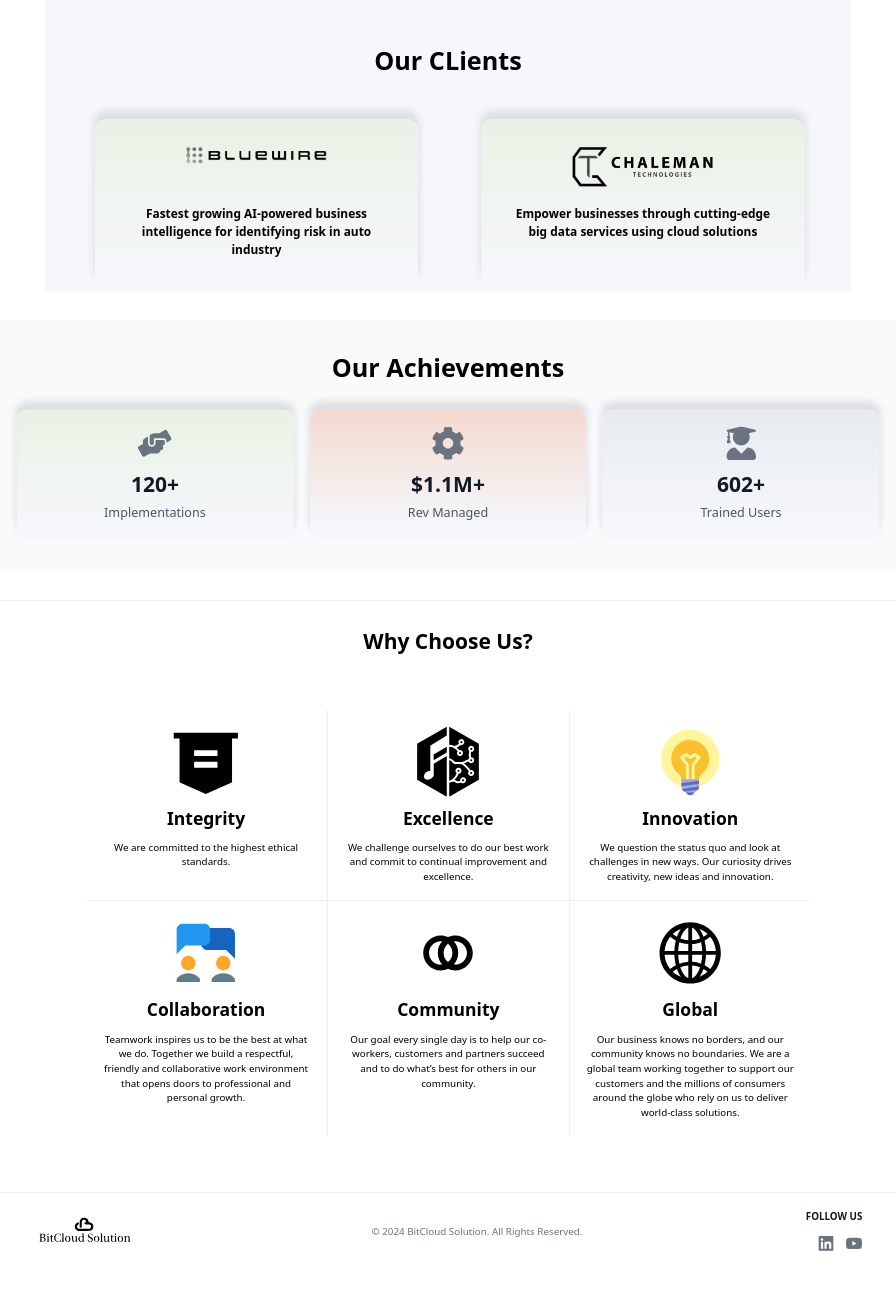
Repository: huzaifaBitCloud/BitCloud-website
Page: /
The author's editor kept a copy of each file at every save. The page is drawn from the files as they stood at one save, then again after the next save.
The browser window is 1280 px wide. The pictures show the part of the page from y = 846 to 2766 px (the page is 2698 px tall before and 2766 px after), at 70% of full size.
The project was rebuilt for these pictures with package versions that can differ from the ones it lists, and the page was loaded fresh each time. The framework's server and built-in components were replaced by stand-ins that run in the browser. Also part of the build but not shown: next.config.mjs.

Above is the page before, as saved 2025-01-13 17:21:03.

### src/app/page.tsx
import Layout from "@/components/Layout";
// import Hero from "@/components/Hero";
import OurClients from "@/components/OurClients";
import WhyUs from "@/components/WhyUs";
import Footer from "@/components/Footer";
import { ImageCarousel } from "@/components/ImageCarousel";
import Achievements from "@/components/Achievements";

export default function Home() {
  return (
    <Layout>
      <div className="">
        {/* <Hero
          imageUrl="https://static.zohocdn.com/sites/stock-images/images/zpstock-image-37.jpg"
        /> */}
        <ImageCarousel />
      </div>
      <div className="mt-10">
        <OurClients />
      </div>
      <div className="mt-10">
        <Achievements />
      </div>
      <div className="my-10 border-t">
        <WhyUs />
      </div>

      <div className="mt-10 mb-10">
        <Footer />
      </div>
    </Layout>
  );
}

### src/app/globals.css
@tailwind base;
@tailwind components;
@tailwind utilities;

.custom-cards-ourClient {
  box-shadow: 0px -10px 10px 2px rgba(221, 223, 226, 1);
  border-radius: 15px;
  background: linear-gradient(180deg, #e9f2e4 0%, #f5f7fa 90%);
}
.custom-card-2-achievements {
  box-shadow: 0px -10px 10px 2px rgba(221, 223, 226, 1);
  border-radius: 15px;
  background: linear-gradient(180deg, #f4d9d0 0%, #f5f7fa 90%);
}
.custom-card-3-achievements {
  box-shadow: 0px -10px 10px 2px rgba(221, 223, 226, 1);
  border-radius: 15px;
  background: linear-gradient(180deg, #e7ebf0, #f5f7fa 90%);
}

:root {
  /* --color-primary: #e9f2e4;
    --color-secondary: #f5f7fa;
*/
  --h-100vh: 100vh;
}

/* ABout CSS */

.btn-about {
  display: inline-block;
  margin: 0 0.625rem;
  padding: 0.3125rem 1.25rem;
  border-radius: 1.25rem;
  background: transparent;
  border: solid 0.0625rem #fff;
  position: relative;
  z-index: 9;
}
.main-hero-about {
  clip-path: polygon(
    50% 0%,
    100% 0,
    100% 35%,
    100% 86%,
    49% 100%,
    0 85%,
    0% 35%,
    0 0
  );
}

/* Services */

.zoomIn {
  -webkit-animation-name: zoomIn;
  animation-name: zoomIn;
  -webkit-animation-duration: 1s;
  animation-duration: 1s;
  -webkit-animation-fill-mode: both;
  animation-fill-mode: both;
}
@-webkit-keyframes zoomIn {
  0% {
    opacity: 0;
    -webkit-transform: scale3d(0.3, 0.3, 0.3);
    transform: scale3d(0.3, 0.3, 0.3);
  }
  50% {
    opacity: 1;
  }
}
@keyframes zoomIn {
  0% {
    opacity: 0;
    -webkit-transform: scale3d(0.3, 0.3, 0.3);
    transform: scale3d(0.3, 0.3, 0.3);
  }
  50% {
    opacity: 1;
  }
}

.card-services {
  border-top: 10px solid transparent;
  transition: border-top-color 0.4s, box-shadow 0.4s;
}

.card-services:hover {
  border-top-color: #2563eb;
  box-shadow: 0px 0px 5px rgba(0, 0, 0, 0.75);
}


@media only screen and (max-width: 760px) {
  .main-hero-about {
    clip-path: polygon(
      50% 0%,
      100% 0,
      100% 35%,
      100% 92%,
      49% 100%,
      0 92%,
      0% 35%,
      0 0
    );
  }
  .main-hero-about {
    height: var(--h-100vh) !important;
  }
  .sub-hero-about {
    text-align: center !important;
    margin: 0 auto !important;
  }
  .mob-btn-about {
    justify-content: center;
  }
  .mob-nav-style{
    position: absolute;
    top: 76%;
    left: 0;
  }
}

### src/components/Layout.tsx
import React from "react";
import { Navbar } from "./Navbar";
// import Footer from "./Footer";

const Layout = ({children}: any) => {
  return (
    <div>
      <Navbar />
      <div className="">{children}</div>
      {/* <Footer /> */}
    </div>
  );
};

export default Layout;

### src/components/OurClients.tsx
import React from "react";

const OurClients = () => {
  const services = [
    {
      id: 1,
      description:
        "Fastest growing AI-powered business intelligence for identifying risk in auto industry",
      icon: "./images/Bluewire-Logo.png", // Use the actual icon component
    },
    {
      id: 2,
      description:
        "Empower businesses through cutting-edge big data services using cloud solutions",
      icon: "./images/chaleman.png",
    },
  ];

  return (
    <section id="services" className="xs:w-full sm:w-full lg:w-[90%] mx-auto my-5 bg-[#f5f7fa] px-4 py-2">
      {/* HEADER AND IMAGE SECTION */}
      <div className="mt-16">
        <div>
          <p className="font-playfair font-semibold text-4xl mb-5 text-center">
            Our <span className="text-yellow">CLients</span>
          </p>
        </div>
      </div>

      {/* SERVICES */}
      <div className="grid grid-cols-1 md:grid-cols-2 justify-around  mt-16 gap-10 md:ml-14">
        {services.map((service) => (
          <div
            key={service.id}
            className="relative text-center p-10 xs:w-full sm:w-full lg:w-[90%] custom-cards-ourClient"
          >
            <div className="z-10">
              <div className="w-full flex justify-center ">
                <div className="w-[200px] h-[70px]">
                  <img
                    src={service.icon}
                    alt="client-img"
                    className="object-contain"
                  />
                </div>
              </div>
              <p className="font-playfair font-semibold text-[17px] flex justify-center mt-3">
                {service.description}
              </p>
            </div>
          </div>
        ))}
      </div>
    </section>
  );
};

export default OurClients;

### src/components/WhyUs.tsx
import React from "react";
import { FcCollaboration } from "react-icons/fc";
import { CgCommunity } from "react-icons/cg";
import { AiOutlineGlobal } from "react-icons/ai";
import { FcIdea } from "react-icons/fc";
import { SiMusicbrainz } from "react-icons/si";
import { RiHonourFill } from "react-icons/ri";

const WhyUs = () => {
  const services = [
    {
      id: 1,
      name: "Integrity",
      description: "We are committed to the highest ethical standards.",
      icon: <RiHonourFill size={100} />,
    },
    {
      id: 2,
      name: "Excellence",
      description:
        "We challenge ourselves to do our best work and commit to continual improvement and excellence.",
      icon: <SiMusicbrainz size={100} />,
    },
    {
      id: 3,
      name: "Innovation",
      description:
        "We question the status quo and look at challenges in new ways. Our curiosity drives creativity, new ideas and innovation.",
      icon: <FcIdea size={100} />,
    },
    {
      id: 4,
      name: "Collaboration",
      description:
        "Teamwork inspires us to be the best at what we do. Together we build a respectful, friendly and collaborative work environment that opens doors to professional and personal growth.",
      icon: <FcCollaboration size={100} />,
    },
    {
      id: 5,
      name: "Community",
      description:
        "Our goal every single day is to help our co-workers, customers and partners succeed and to do what’s best for others in our community.",
      icon: <CgCommunity size={100} />,
    },
    {
      id: 6,
      name: "Global",
      description:
        "Our business knows no borders, and our community knows no boundaries. We are a global team working together to support our customers and the millions of consumers around the globe who rely on us to deliver world-class solutions.",
      icon: <AiOutlineGlobal size={100} />,
    },
  ];
  return (
    <div className="w-[90%] mx-auto">
         <h2 className="text-3xl font-bold text-center mt-10 mb-5">Why Choose Us?</h2>
      <div className="w-[90%] mx-auto mt-20 mb-20">
        <div className="grid grid-cols-1 md:grid-cols-2 lg:grid-cols-3">
          {services.map((service, index) => (
            <div
              key={service.id}
              className={`relative bg-white text-center ${
                index >= 0
                  ? index == 0 || index == 3
                    ? index == 3
                      ? ""
                      : "border-b"
                    : index > 3
                    ? "border-l"
                    : "border-l border-b"
                  : ""
              } hover:border-red p-6`}
            >
              <div className="z-10">
                <div className="w-full flex justify-center">{service.icon}</div>

                <h3 className="font-playfair font-semibold text-[25px] mt-3">
                  {service.name}
                </h3>
                <p className="font-playfair text-[14px] flex justify-center mt-3">
                  {service.description}
                </p>
              </div>
            </div>
          ))}
        </div>
      </div>
    </div>
  );
};

export default WhyUs;

### src/components/ImageCarousel.tsx
"use client"

import React from 'react';
import { Galleria } from 'primereact/galleria';
import "../components/styling/ImageCarousel.css"


const images = [
  {
    itemImageSrc: "/images/contact-image.jpeg",
    title: 'Welcome to BitCloud Solutions!',
    alt: 'Image 1',
  },
  {
    itemImageSrc: "/images/web-developer.jpg",
    title: 'Welcome to BitCloud Solutions!',
    alt: 'Image 2'
  },
  {
    itemImageSrc: "/images/image1.jpg",
    title: 'Welcome to BitCloud Solutions!',
    alt: 'Image 3'
  }
];

const itemTemplate = (item) => {
  return (
    <div className="image-container" style={{ width: '100%', textAlign: 'center' }}>
      <img src={item.itemImageSrc} alt={item.alt} style={{ width: '100%', display: 'block' }} />

      <div key={`${item.itemImageSrc}-heading`} className="carousel-text-heading">
        {item.title}
      </div>
      <div key={`${item.itemImageSrc}-paragraph`} className="carousel-text-paragraph">
       We Provide all Zoho services like Zoho CRM, Zoho Books, Zoho Projects and many more!!!
      </div>
    </div>
  );
}

export const ImageCarousel = () => {
  return (
    <div className="card" style={{ width: '100%', height: '100%', margin: '0 auto', position: "relative" }}>
      <Galleria
        value={images}
        numVisible={5}
        circular
        responsiveOptions={[
          {
            breakpoint: '1024px',
            numVisible: 3
          },
          {
            breakpoint: '768px',
            numVisible: 2
          },
          {
            breakpoint: '560px',
            numVisible: 1
          }
        ]}
        showThumbnails={false}
        showIndicators
        // showItemNavigators
        item={itemTemplate}
        autoPlay={true}
        transitionOptions={{ easing: 'ease-in-out', duration: 1000 }}
      />
    </div>
  );
}

### src/components/Achievements.tsx
import { FaHandsHelping, FaCog, FaUserGraduate } from "react-icons/fa";

const Achievements = () => {
  return (
    <section className="bg-gray-50 py-12">
  <div className="container mx-auto px-6">
    {/* Title */}
    <h2 className="text-4xl font-bold text-center text-black mb-10">
      Our Achievements
    </h2>

    {/* Achievements Grid */}
    <div className="grid grid-cols-1 md:grid-cols-3 gap-6">
      {/* Card 1 */}
      <div className="bg-gradient-to-r from-green-50 to-green-100 p-6 rounded-xl shadow-lg text-center transform transition duration-700 hover:-translate-y-3 custom-cards-ourClient"> {/* Reduced padding and rounded the corners */}
        <div className="flex justify-center items-center mb-4"> {/* Reduced margin-bottom */}
          <FaHandsHelping className="w-12 h-12 text-gray-500" /> {/* Reduced icon size */}
        </div>
        <h3 className="text-3xl font-bold text-gray-900">120+</h3> {/* Reduced font size */}
        <p className="text-gray-600 mt-2 text-lg">Implementations</p> {/* Reduced margin-top */}
      </div>

      {/* Card 2 */}
      <div className="bg-gradient-to-r from-red-50 to-red-100 p-6 rounded-xl shadow-lg text-center transform transition duration-700 hover:-translate-y-3 custom-card-2-achievements"> {/* Reduced padding and rounded the corners */}
        <div className="flex justify-center items-center mb-4"> {/* Reduced margin-bottom */}
          <FaCog className="w-12 h-12 text-gray-500" /> {/* Reduced icon size */}
        </div>
        <h3 className="text-3xl font-bold text-gray-900">$1.1M+</h3> {/* Reduced font size */}
        <p className="text-gray-600 mt-2 text-lg">Rev Managed</p> {/* Reduced margin-top */}
      </div>

      {/* Card 3 */}
      <div className="bg-gradient-to-r from-gray-50 to-gray-100 p-6 rounded-xl shadow-lg text-center transform transition duration-700 hover:-translate-y-3 custom-card-3-achievements"> {/* Reduced padding and rounded the corners */}
        <div className="flex justify-center items-center mb-4"> {/* Reduced margin-bottom */}
          <FaUserGraduate className="w-12 h-12 text-gray-500" /> {/* Reduced icon size */}
        </div>
        <h3 className="text-3xl font-bold text-gray-900">602+</h3> {/* Reduced font size */}
        <p className="text-gray-600 mt-2 text-lg">Trained Users</p> {/* Reduced margin-top */}
      </div>
    </div>
  </div>
</section>

    // <section className="bg-gray-50 py-12">
    //   <div className="container mx-auto px-6">
    //     {/* Title */}
    //     {/* <div className="mt-16">
    //       <div>
    //         <p className="font-playfair font-semibold text-4xl mb-5 text-center">
    //           Our <span className="text-yellow">Achievements</span>
    //         </p>
    //       </div>
    //     </div> */}
    //     <h2 className="text-4xl font-bold text-center text-black mb-10">
    //       Our Achievements
    //     </h2>

    //     {/* Achievements Grid */}
    //     <div className="grid grid-cols-1 md:grid-cols-3 gap-6">
    //       {/* Card 1 */}
    //       <div className="bg-gradient-to-r from-green-50 to-green-100 p-8 rounded-2xl shadow-lg text-center transform transition duration-700 hover:-translate-y-6 custom-cards-ourClient">
    //         <div className="flex justify-center items-center mb-6">
    //           <FaHandsHelping className="w-14 h-14 text-gray-500" />
    //         </div>
    //         <h3 className="text-4xl font-bold text-gray-900">120+</h3>
    //         <p className="text-gray-600 mt-4 text-lg">Implementations</p>
    //       </div>

    //       {/* Card 2 */}
    //       <div className="bg-gradient-to-r from-red-50 to-red-100 p-8 rounded-2xl shadow-lg text-center transform transition duration-700 hover:-translate-y-3 custom-card-2-achievements">
    //         <div className="flex justify-center items-center mb-6">
    //           <FaCog className="w-14 h-14 text-gray-500" />
    //         </div>
    //         <h3 className="text-4xl font-bold text-gray-900">$1.1M+</h3>
    //         <p className="text-gray-600 mt-4 text-lg">Rev Managed</p>
    //       </div>

    //       {/* Card 3 */}
    //       <div className="bg-gradient-to-r from-gray-50 to-gray-100 p-8 rounded-2xl shadow-lg text-center transform transition duration-700 hover:-translate-y-3 custom-card-3-achievements">
    //         <div className="flex justify-center items-center mb-6">
    //           <FaUserGraduate className="w-14 h-14 text-gray-500" />
    //         </div>
    //         <h3 className="text-4xl font-bold text-gray-900">602+</h3>
    //         <p className="text-gray-600 mt-4 text-lg">Trained Users</p>
    //       </div>
    //     </div>
    //   </div>
    // </section>
  );
};

export default Achievements;

### src/components/styling/ImageCarousel.css

img {
    max-height: 45rem;
    object-fit: cover;
  }

  .p-galleria-item-next.p-galleria-item-nav.p-link,
  .p-galleria-item-prev.p-galleria-item-nav.p-link {
    transform: translateY(-45%);
    background-color: #34291b;
    border-radius: 24px;
    width: 2.5rem;
    height: 2.5rem;
  }

  .p-galleria-item-prev.p-galleria-item-nav.p-link {
    z-index: 1;
    margin-left: 1.5rem;
  }

  .p-galleria-item-next.p-galleria-item-nav.p-link {
    margin-right: 1.5rem;
  }

  .p-galleria-item-prev.p-galleria-item-nav.p-link:hover,
  .p-galleria-item-next.p-galleria-item-nav.p-link:hover {
    background-color: #252728;
  }

  .p-icon.p-galleria-item-prev-icon,
  .p-icon.p-galleria-item-next-icon {
    color: white;
    width: 18px;
    height: 18px;
    stroke: white;
    stroke-width: 2;
  }

  .carousel-text-heading {
    width: 50%;
    position: absolute;
    top: 55%;
    left: 50%;
    transform: translate(-50%, -50%);
    color: white;
    border-radius: 10px;
    font-size: 3.2rem;
    font-weight: bold;
    text-align: center;
    animation: slideFromY 1s ease-in-out forwards;
  }

  .carousel-text-paragraph {
    width: 50%;
    position: absolute;
    top: 73%;
    left: 50%;
    transform: translate(-50%, -50%);
    color: white;
    border-radius: 10px;
    font-size: 1rem;
    text-align: center;
    animation: slideFromY 1.5s ease-in-out forwards;
  }
  @keyframes slideFromY {
    0% {
      opacity: 0;
      transform: translate(-100%, -50%);
    }
    100% {
      opacity: 1;
      transform: translate(-50%, -50%);
    }
  }

  @media (max-width: 1024px) and (min-width: 769px) {
    .carousel-text-heading {
      width: 65%;
      font-size: 2.5rem;
    }

    .carousel-text-paragraph {
      width: 60%;
      font-size: 0.9rem;
    }
  }

  @media (max-width: 768px) and (min-width: 561px) {
    .carousel-text-heading {
      font-size: 1.5rem;
      width: 65%;
    }

    .carousel-text-paragraph {
      font-size: 0.6rem;
      width: 60%;
    }
  }

  @media (max-width: 560px) {
    .carousel-text-heading {
      font-size: 1rem;
      width: 65%;
    }

    .carousel-text-paragraph {
      font-size: 0.5rem;
      width: 60%;
    }
  }
  ul.p-galleria-indicators.p-reset {
    position: absolute;
    bottom: 0;
    left: 50%;
    transform: translateX(-50%);
}
  .p-galleria-indicators .p-galleria-indicator button {
    width: 40px;
    height: 15px;
    background-color: white; /* Non-active indicators */
    border-radius: 5px;
    margin: 0 4px;
    transition: background-color 0.3s ease;
    position: relative;
}

.p-galleria-indicators .p-galleria-indicator.p-highlight button {
    background-color: #add8e6;
}

.p-galleria-indicators .p-galleria-indicator button:hover {
    background-color: #ffffff;
}

Loaded but not shown: src/app/layout.tsx (common file); tailwind.config.ts (common file); src/components/Navbar.tsx (127 lines, source omitted); src/components/Footer.tsx (127 lines, source omitted)

After the next save:
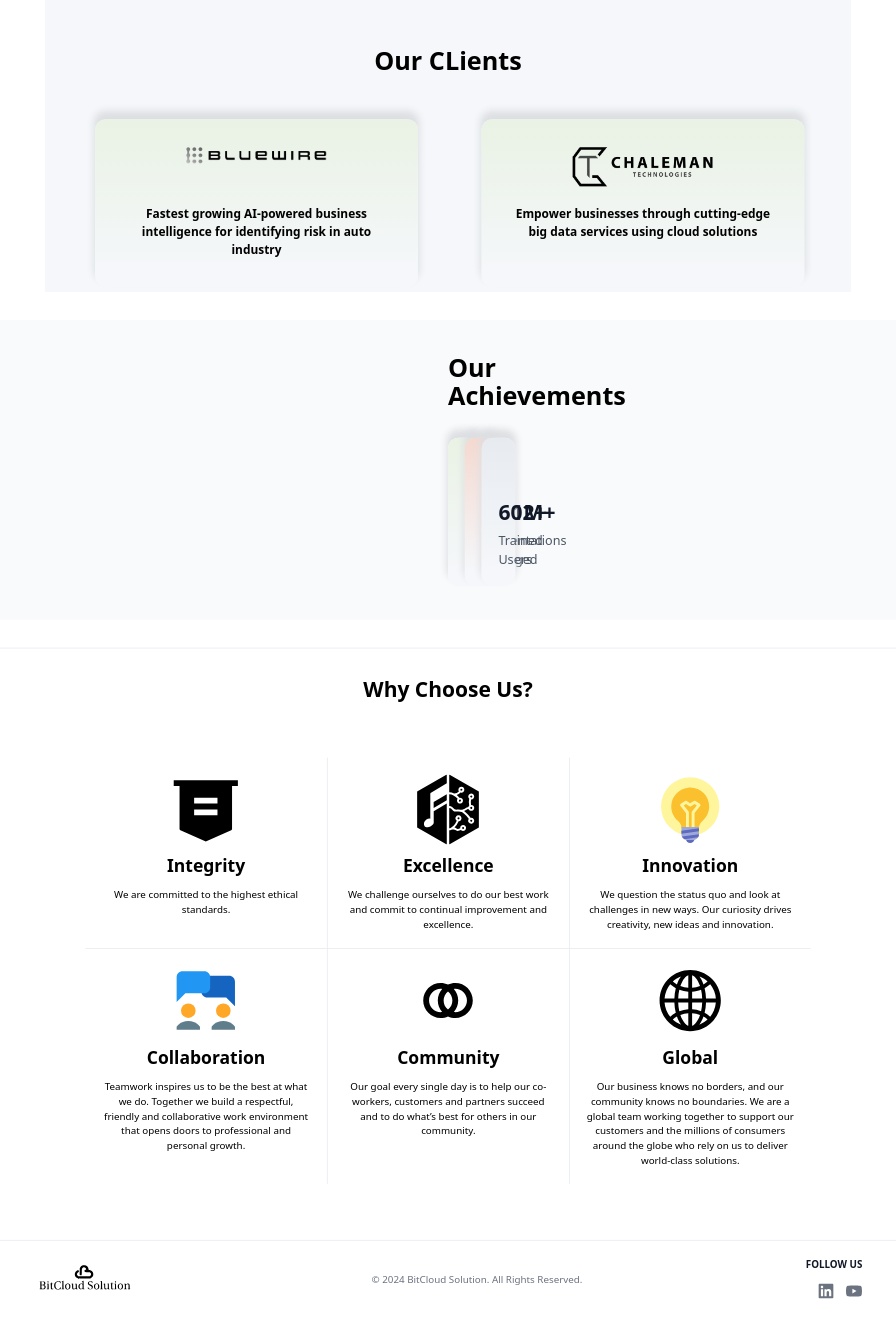
Saved 39 s later.
--- a/src/components/Achievements.tsx
+++ b/src/components/Achievements.tsx
@@ -3,7 +3,7 @@
 const Achievements = () => {
   return (
     <section className="bg-gray-50 py-12">
-  <div className="container mx-auto px-6">
+  <div className="container mx-auto px-6 max-w-5">
     {/* Title */}
     <h2 className="text-4xl font-bold text-center text-black mb-10">
       Our Achievements

After the save that followed:
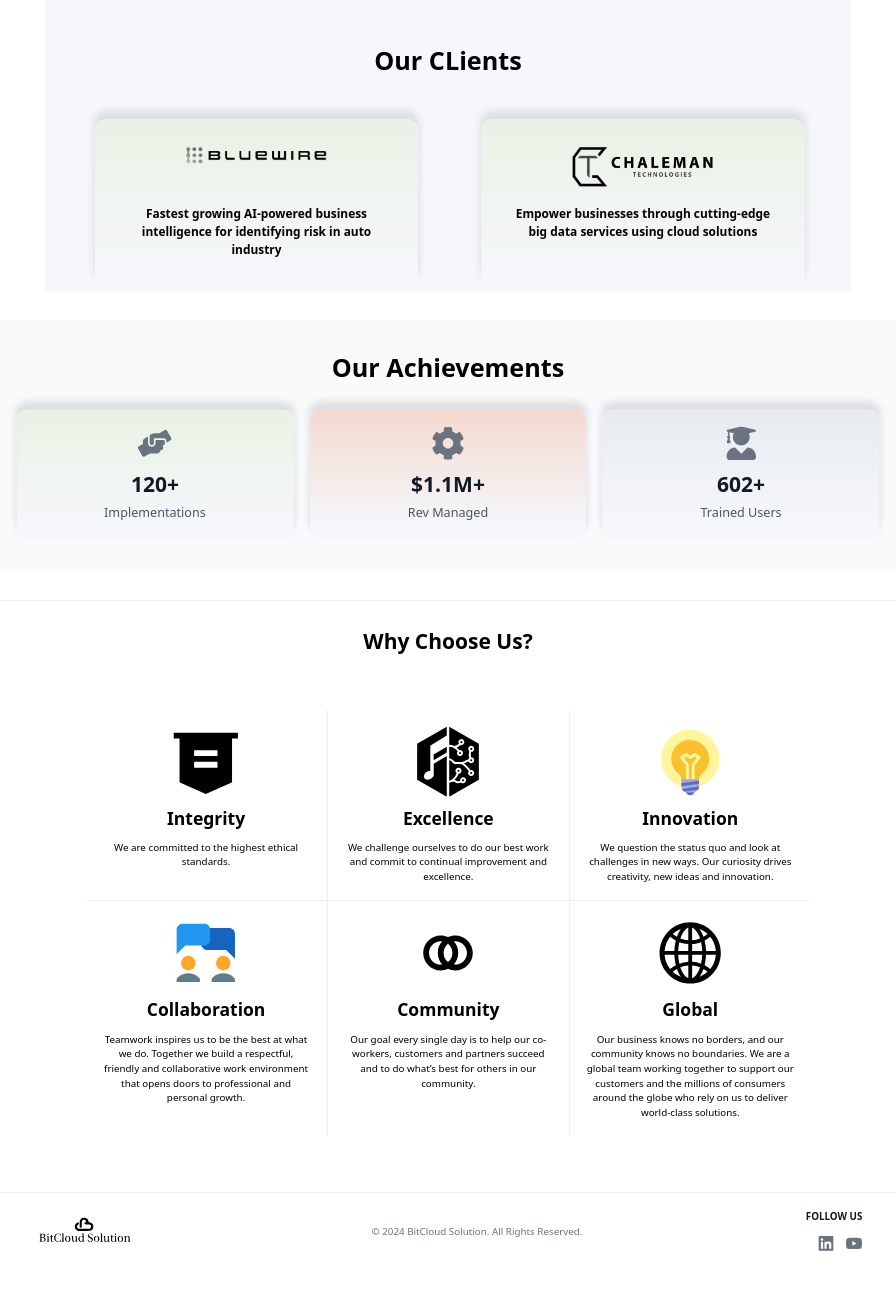
Saved 9 s later.
--- a/src/components/Achievements.tsx
+++ b/src/components/Achievements.tsx
@@ -3,7 +3,7 @@
 const Achievements = () => {
   return (
     <section className="bg-gray-50 py-12">
-  <div className="container mx-auto px-6 max-w-5">
+  <div className="container mx-auto px-6">
     {/* Title */}
     <h2 className="text-4xl font-bold text-center text-black mb-10">
       Our Achievements
